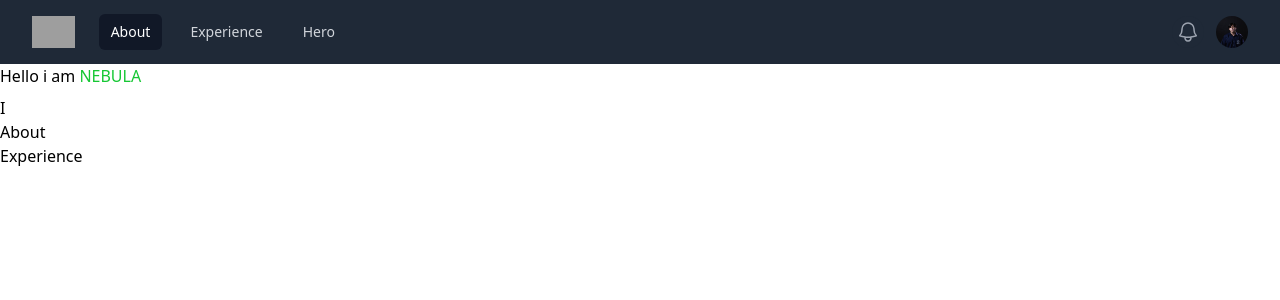
Repository: supakorn5039-boon/React-f
Page: /
These files come from the project's save history. The page is drawn as it stood at one moment and after a run of saves; the edit follows.
The browser window is 1280 px wide. The pictures show the whole page.
Pictures or frames that could not be fetched are drawn as grey boxes. The project was rebuilt for these pictures with package versions that can differ from the ones it lists, and the page was loaded fresh each time. Also part of the build but not shown: vite.config.js.

Above is the page before, as saved 2024-01-09 10:53:16.

After the next 2 saves:
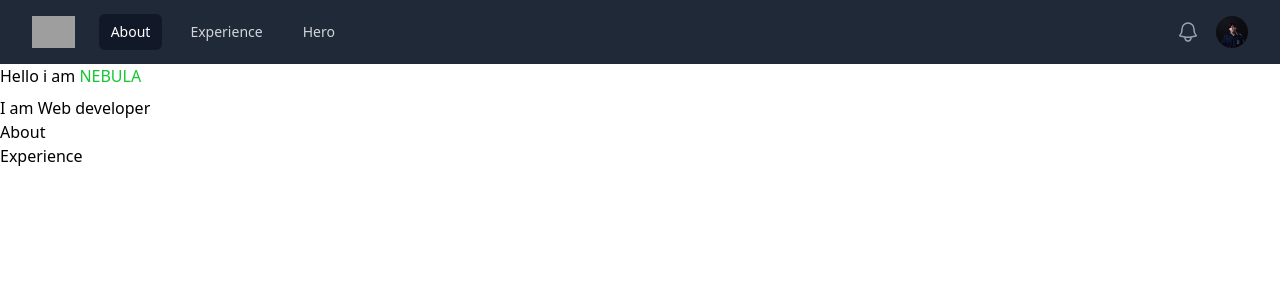
The 2 saves are shown as one change because they came seconds apart.
The last was saved 11 s later.
--- a/src/components/Hero.jsx
+++ b/src/components/Hero.jsx
@@ -7,7 +7,8 @@ export default function Hero() {
             Hello i am <span className="text-[#16c734]">NEBULA</span>
           </h1>
           <p className="heroSubText mt-2 text-white-100">
-            I
+            I am Web developer <br/>
+
           </p>
         </div>
       </div>
